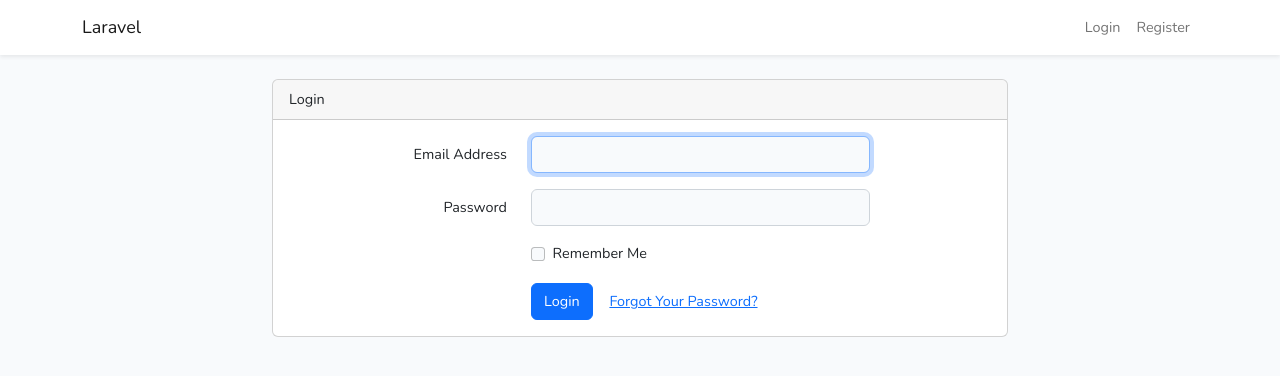
Repository: yamamotoryota1998/Bookreminder
Page: http://localhost/login
These files come from the project's save history. The page is drawn as it stood at one moment and after the next save; the edit follows.
The browser window is 1280 px wide. The pictures show the whole page.
The page is served by the project's Laravel application, run on PHP 8.4 with Laravel 9. Style sheets and scripts are compiled from the project's sources, by tool versions that may differ from the author's.

Above is the page before, as saved 2023-04-07 13:30:50.

After the next save:
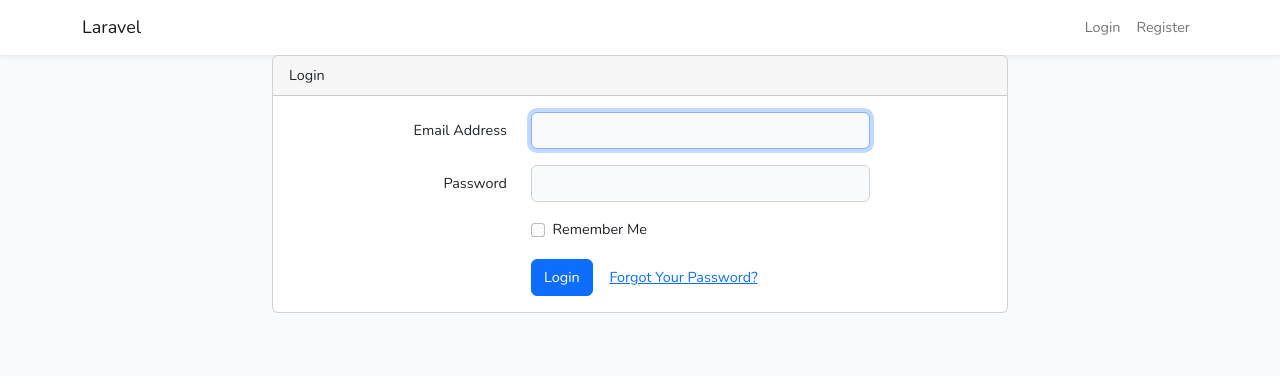
Saved 3 min 41 s later.
--- a/resources/views/layouts/app.blade.php
+++ b/resources/views/layouts/app.blade.php
@@ -71,8 +71,6 @@
                 </div>
             </div>
         </nav>
-
-        <main class="py-4">
             @yield('content')
         </main>
     </div>

After the 2 saves that followed:
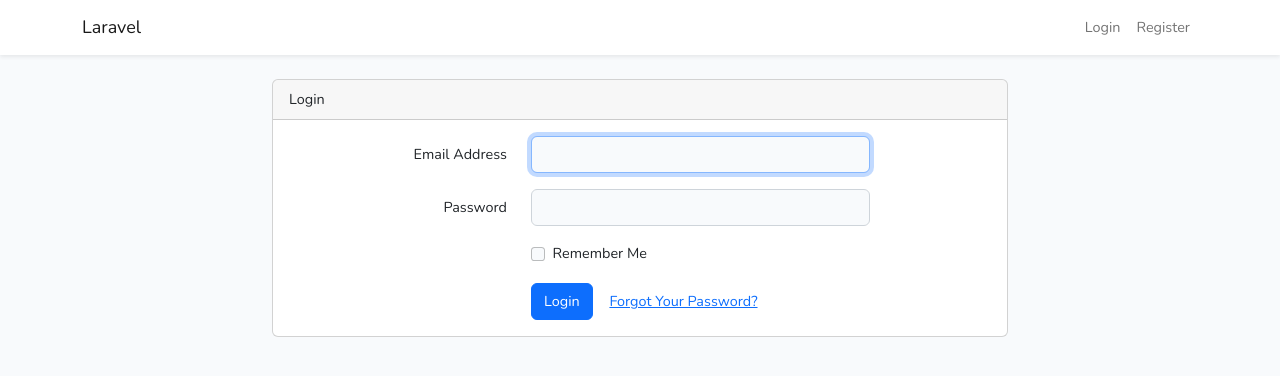
The 2 saves are shown as one change because 1 left the picture as it was.
The last was saved 16 s later.
--- a/resources/views/layouts/app.blade.php
+++ b/resources/views/layouts/app.blade.php
@@ -71,6 +71,8 @@
                 </div>
             </div>
         </nav>
+
+        <main class="py-4">
             @yield('content')
         </main>
     </div>
